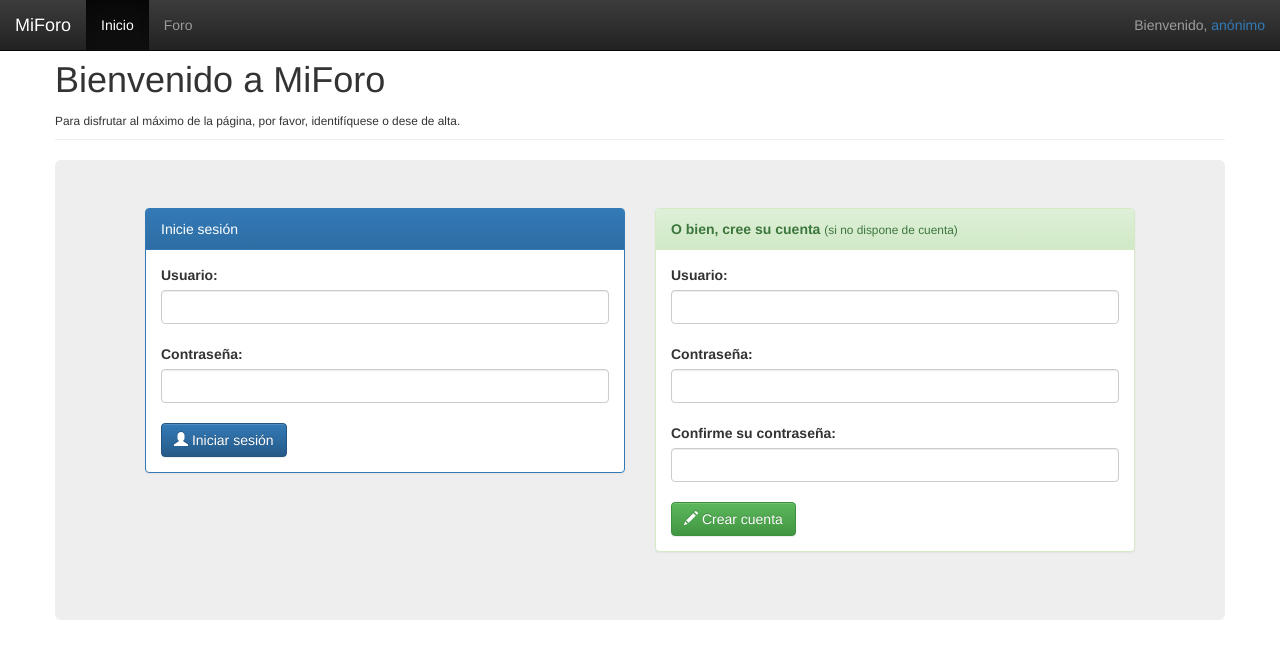
Repository: Myugen/EjercicioPHP
Page: http://localhost/
The author's editor kept a copy of each file at every save. The page is drawn from the files as they stood at one save, then again after the next save.
The browser window is 1280 px wide. The pictures show the whole page.
Some web libraries are served in a nearby version. The page is run by PHP 8.4 with error messages shown; the project is at /var/www/html/.

Above is the page before, as saved 2015-11-27 20:07:28.
Not found: ProyectoFinalForo/jsfile

After the next save:
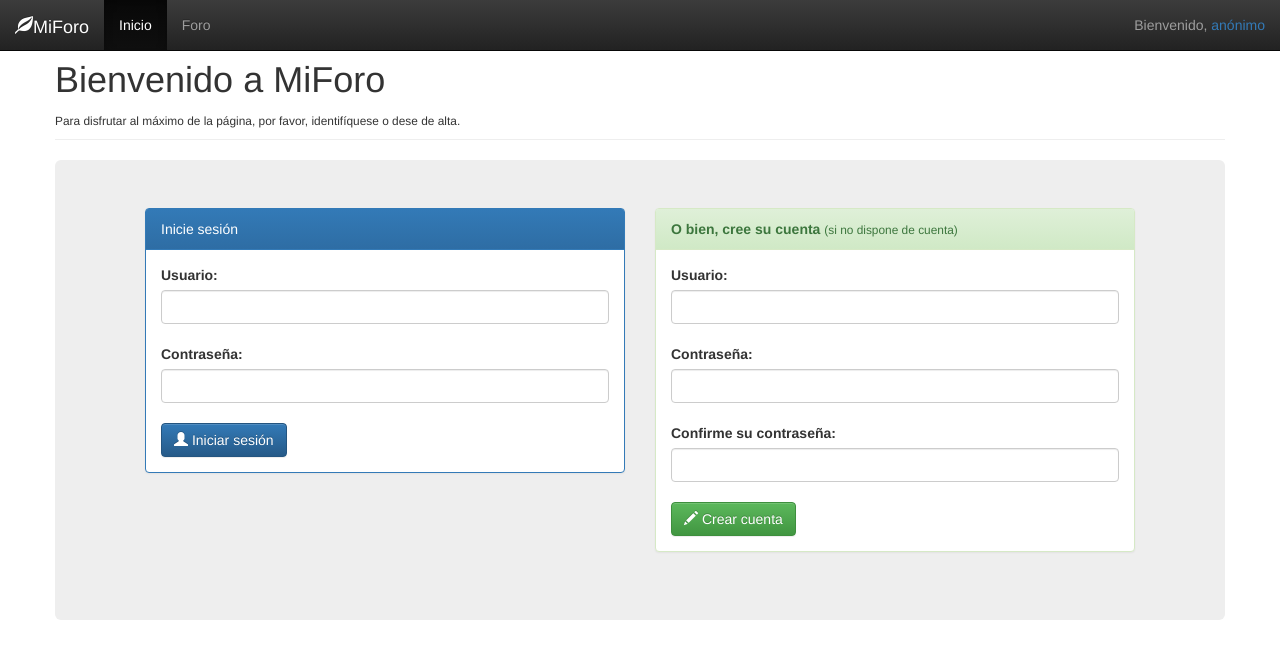
Saved 3 min 12 s later.
--- a/ProyectoFinalForo/index.php
+++ b/ProyectoFinalForo/index.php
@@ -23,7 +23,7 @@ session_start();
     <div class="container">
     	<div class="row">
     	<nav class="navbar navbar-fixed-top navbar-inverse">
-    		<a class="navbar-brand" href="#">MiForo</a>
+    		<a class="navbar-brand" href="#"><span class="glyphicon glyphicon-leaf" aria-hidden="true"></span>MiForo</a>
   			<ul class="nav navbar-nav navbar-left">
 	    		<li class="nav-item active">
 	      			<a class="nav-link" href="#">Inicio<span class="sr-only">(current)</span></a>
